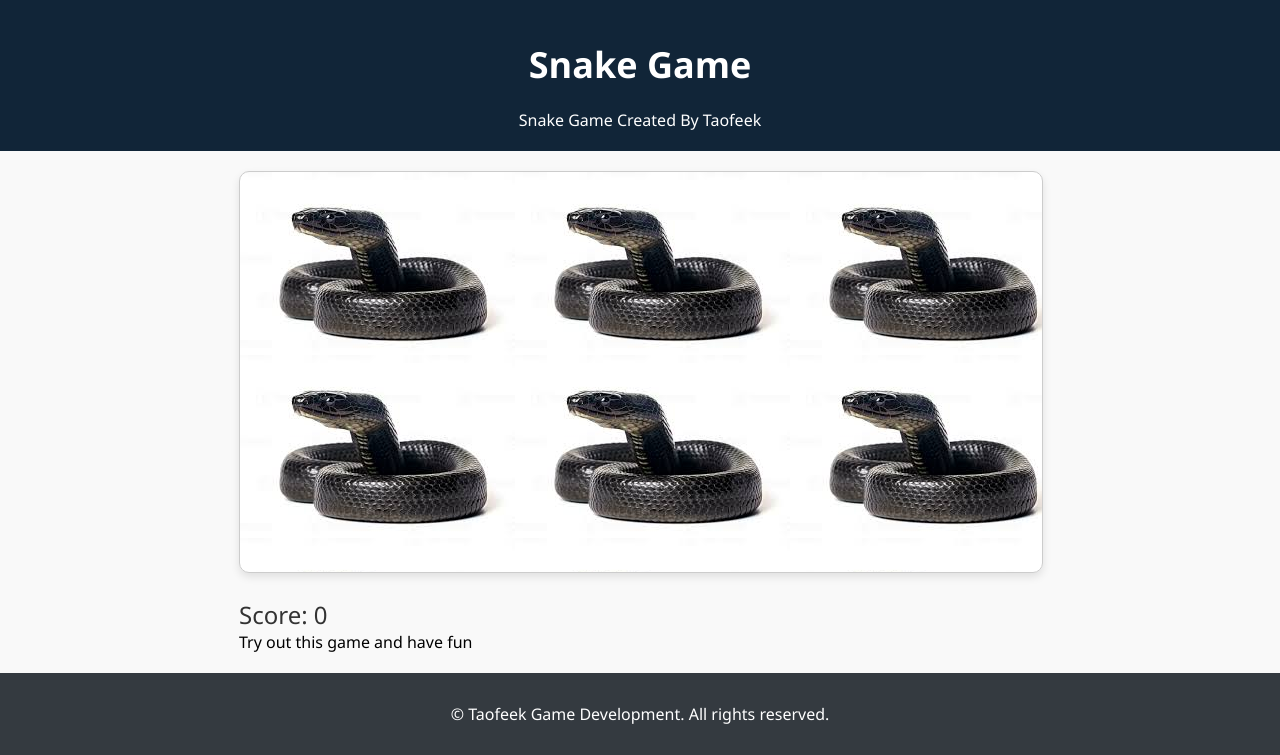
Repository: Taofeekolusola/Landing-page
Page: index.html
An editor plug-in stored every save of this project. The page is shown before and after the next save, followed by the edit.
The browser window is 1280 px wide. The pictures show the whole page.

Above is the page before, as saved 2024-05-06 18:34:09.
Not found: script.js

### index.html
<!DOCTYPE html>
<html lang="en">
<head>
    <meta charset="UTF-8">
    <meta name="viewport" content="width=device-width, initial-scale=1.0">
    <title>Snake Game</title>
    <link rel="stylesheet" href="styles.css">
</head>
<body>
    <header>
        <div class="container">
            <h1>Snake Game</h1>
        </div>
        <div class="name">Snake Game Created By Taofeek</div>
    </header>
    <main>
        <div>
            <canvas class="snake"></canvas>
            <div id="score">Score: 0</div>
            <div class="text">Try out this game and have fun</div>
        </div>
    </main>
    <footer>
        <div class="container">
            <p>&copy; Taofeek Game Development. All rights reserved.</p>
        </div>
    </footer>
    <script src="script.js"></script>
</body>
</html>

### styles.css
body {
    font-family: 'Segoe UI', Tahoma, Geneva, Verdana, sans-serif;
    margin: 0;
    padding: 0;
    display: flex;
    flex-direction: column;
    min-height: 100vh;
    background-color: #f9f9f9;
}

.container {
    width: 80%;
    max-width: 800px;
    margin: 0 auto;
    padding: 20px;
}

header {
    background-color: #112538;
    color: #fff;
    text-align: center;
    padding: 20px 0;
}

header h1 {
    font-size: 36px;
    margin: 0;
}

.snake {
    height: 400px;
    width: 100%;
    margin-top: 20px;
    background-image: url('image.jpg');
}

main {
    flex-grow: 1;
    display: flex;
    justify-content: center;
    align-items: center;
}

canvas {
    border: 1px solid #ccc;
    border-radius: 10px;
    box-shadow: 0 4px 8px rgba(0, 0, 0, 0.1);
}

#score {
    margin-top: 20px;
    font-size: 24px;
    color: #333;
}

footer {
    background-color: #343a40;
    color: #fff;
    text-align: center;
    padding: 10px 0;
    margin-top: 20px;
}

footer p {
    margin: 0;
}

After the next save:
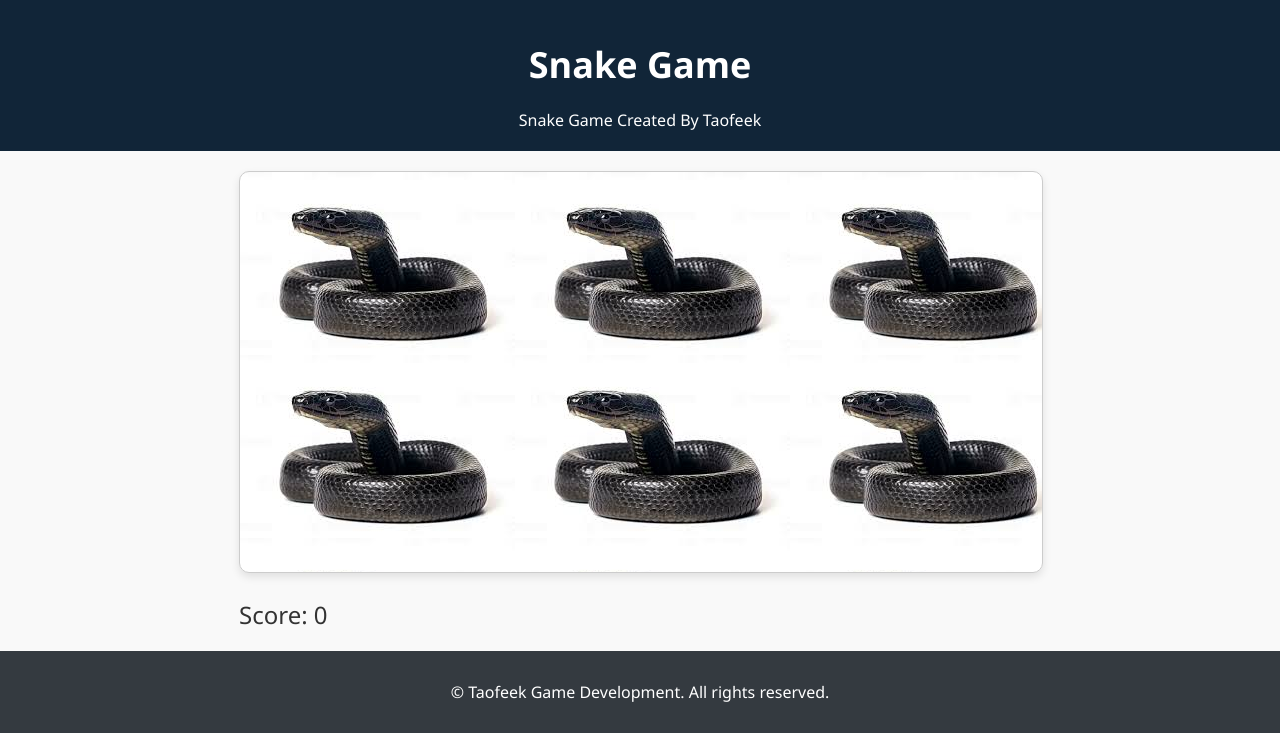
Saved 51 s later.
--- a/index.html
+++ b/index.html
@@ -17,7 +17,6 @@
         <div>
             <canvas class="snake"></canvas>
             <div id="score">Score: 0</div>
-            <div class="text">Try out this game and have fun</div>
         </div>
     </main>
     <footer>
